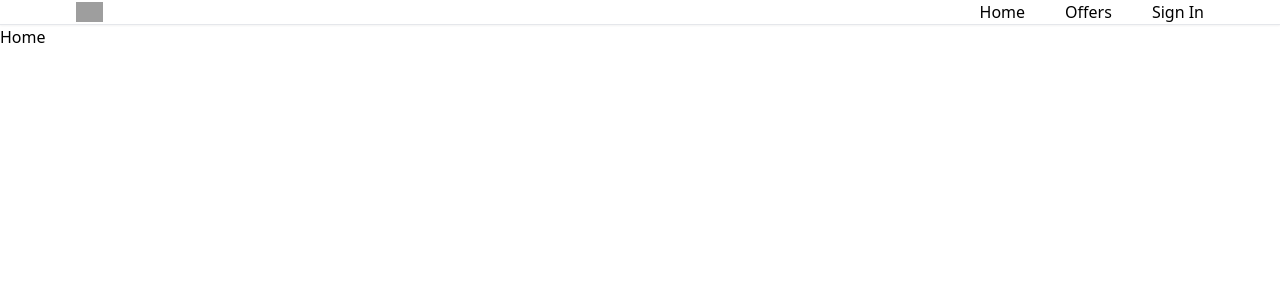
Repository: Mardoqueu/realtor-clone-react
Page: /
These files come from the project's save history. The page is drawn as it stood at one moment and after a run of saves; the edit follows.
The browser window is 1280 px wide. The pictures show the whole page.
Pictures or frames that could not be fetched are drawn as grey boxes. The project was rebuilt for these pictures with package versions that can differ from the ones it lists, and the page was loaded fresh each time. Also part of the build but not shown: src/pages/Profile.jsx, src/pages/SignIn.jsx, src/pages/SignUp.jsx, src/pages/ForgotPassword.jsx, src/pages/Offers.jsx.

Above is the page before, as saved 2022-10-27 08:25:52.

### public/index.html
<!DOCTYPE html>
<html lang="en">
  <head>
    <meta charset="utf-8" />
    <link rel="icon" href="%PUBLIC_URL%/favicon.ico" />
    <meta name="viewport" content="width=device-width, initial-scale=1" />
    <meta name="theme-color" content="#000000" />
    <meta
      name="description"
      content="Web site created using create-react-app"
    />
    <link rel="apple-touch-icon" href="%PUBLIC_URL%/logo192.png" />
    <link rel="manifest" href="%PUBLIC_URL%/manifest.json" />

    <title>Realtor Clone React</title>
  </head>
  <body>
    <noscript>You need to enable JavaScript to run this app.</noscript>
    <div id="root"></div>

  </body>
</html>

### src/App.js
import {BrowserRouter as Router, Routes, Route} from "react-router-dom"
import Home from "./pages/Home"
import Profile from "./pages/Profile"
import SignIn from "./pages/SignIn"
import SignUp from "./pages/SignUp"
import ForgotPassword from "./pages/ForgotPassword"
import Offers from "./pages/Offers"
import Header from "./components/Header"

function App() {
  return (
    <>
        <Router>
          <Header/>
          <Routes>
            <Route path="/" element={<Home/>}/>
            <Route path="/profile" element={<Profile/>}/>
            <Route path="/sign-in" element={<SignIn/>}/>
            <Route path="/sign-up" element={<SignUp/>}/>
            <Route path="/forgot-password" element={<ForgotPassword/>}/>
            <Route path="/offers" element={<Offers/>}/>

          </Routes>
        </Router>
    </>
  );
}

export default App;

### src/pages/Home.jsx
import React from 'react';

const Home = () => {
    return (
        <div>
        Home
        </div>
    );
}

export default Home;

### src/components/Header.jsx
import React from 'react';
import { useLocation } from 'react-router-dom';

const Header = () => {
    const location = useLocation()
    console.log(location)
    return (
        <div className='bg-white border-b shadow-sm sticky top-0 z-50'>
            <header className='flex justify-between items-center px-3 max-w-6xl mx-auto'>
                <div>
                    <img src='https://static.rdc.moveaws.com/images/logos/rdc-logo-default.svg' alt='logo'
                    className='h-5 cursor-pointer'></img>
                </div>
                <div>
                    <ul className='flex space-x-10'>
                        <li className={``}>Home</li>
                        <li>Offers</li>
                        <li>Sign In</li>
                    </ul>
                </div>
            </header>
        </div>
    );
}

export default Header;

Loaded but not shown: src/index.js (common file); src/index.css (common file); src/reportWebVitals.js (common file); tailwind.config.js (common file)

After the next 5 saves:
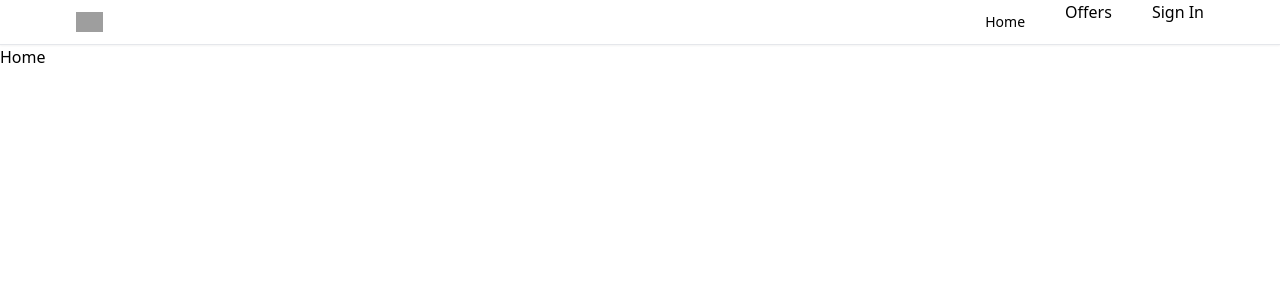
The 5 saves are shown as one change because they came seconds apart.
The last was saved 14 s later.
--- a/src/components/Header.jsx
+++ b/src/components/Header.jsx
@@ -13,7 +13,7 @@ const Header = () => {
                 </div>
                 <div>
                     <ul className='flex space-x-10'>
-                        <li className={``}>Home</li>
+                        <li className={`py-3 text-sm font`}>Home</li>
                         <li>Offers</li>
                         <li>Sign In</li>
                     </ul>
